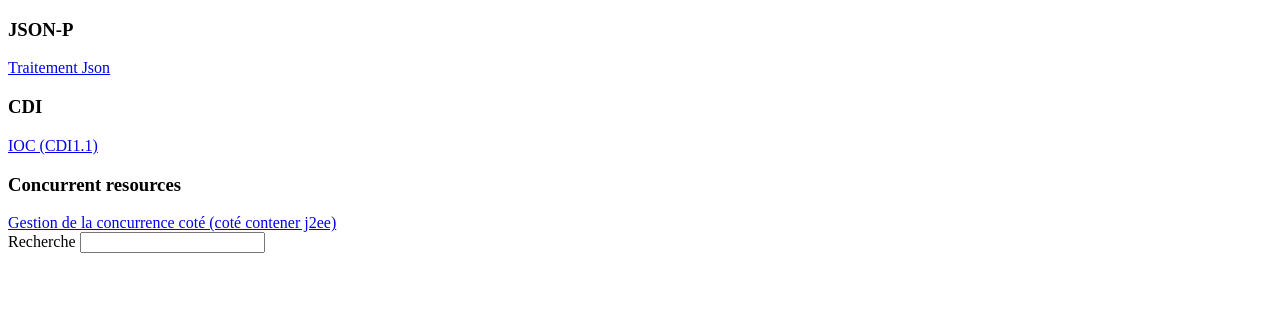
Repository: antoinebody/formationJee7
Page: http://localhost/ProjJEE7/
The author's editor kept a copy of each file at every save. The page is drawn from the files as they stood at one save, then again after the next save.
The browser window is 1280 px wide. The pictures show the whole page.
The page is served by Tomcat 9. Nobody is signed in. The application's start-up code is not run.

Above is the page before, as saved 2015-11-24 13:47:30.

After the next save:
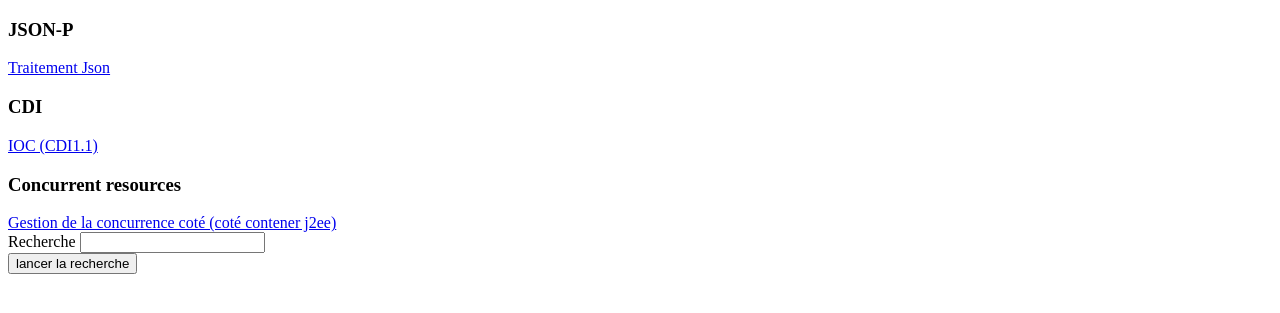
Saved 23 s later.
--- a/ProjJEE7/WebContent/index.jsp
+++ b/ProjJEE7/WebContent/index.jsp
@@ -21,6 +21,9 @@
 	<form method="post" action="SearchConcurrentController">
 		<LABEL for="search">Recherche </LABEL>
 		<INPUT type="text" name="search" id="search""/>
+		<br />
+		<INPUT type="submit" value="lancer la recherche"/>
+
 	</form>
 
 
